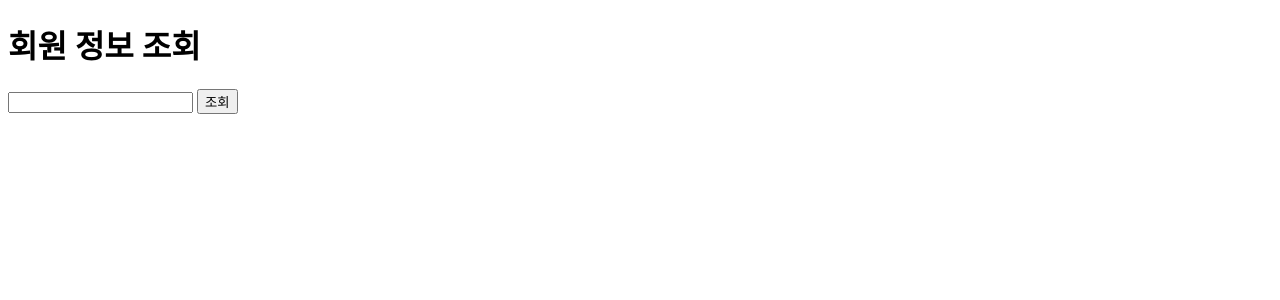
Repository: BeLimeSH/server
Page: http://localhost/Test1/
The author's editor kept a copy of each file at every save. The page is drawn from the files as they stood at one save, then again after the next save.
The browser window is 1280 px wide. The pictures show the whole page.
The page is served by Tomcat 9.

Above is the page before, as saved 2022-06-03 03:20:02.

### Test1/src/main/webapp/index.jsp
<%@ page language="java" contentType="text/html; charset=UTF-8" pageEncoding="UTF-8"%>
<%@ taglib prefix="c" uri="http://java.sun.com/jsp/jstl/core" %>
<!DOCTYPE html>
<html>
<head>
<meta charset="UTF-8">
<title>Index</title>
</head>
<body>
	<h1>회원 정보 조회</h1>

	<form action="/selectUser" method="get">
		<input type="text" name="userNo" placehoder="회원 번호 입력">

		<button>조회</button>
	</form>


</body>
</html>

After the next save:
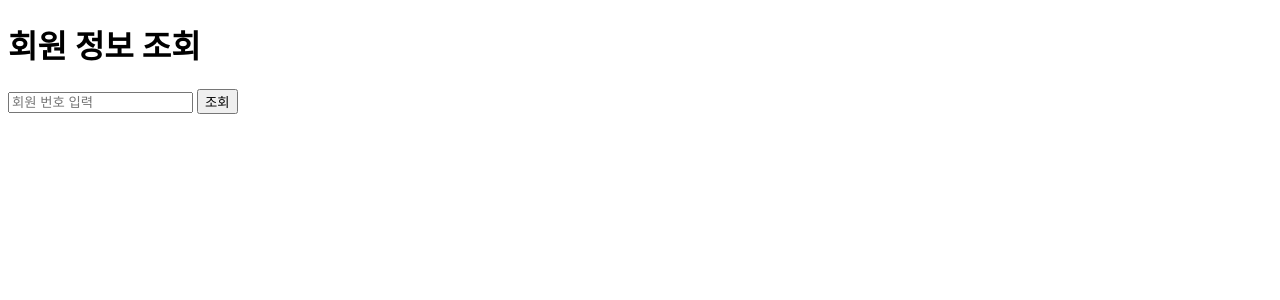
Saved 62 s later.
--- a/Test1/src/main/webapp/index.jsp
+++ b/Test1/src/main/webapp/index.jsp
@@ -9,8 +9,8 @@
 <body>
 	<h1>회원 정보 조회</h1>
 
-	<form action="/selectUser" method="get">
-		<input type="text" name="userNo" placehoder="회원 번호 입력">
+	<form action="/Test1/selectUser" method="get">
+		<input type="text" name="userNo" placeholder="회원 번호 입력">
 
 		<button>조회</button>
 	</form>
